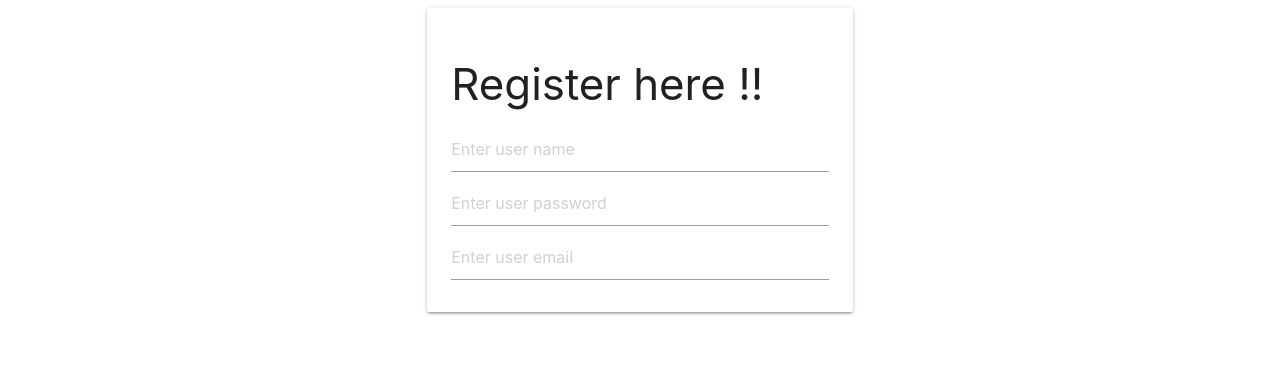
Repository: ShaileshMishr/Javanew
Page: http://localhost/Register/signup.jsp
The author's editor kept a copy of each file at every save. The page is drawn from the files as they stood at one save, then again after the next save.
The browser window is 1280 px wide. The pictures show the whole page.
The page is served by Tomcat 10. Other server files are loaded and not shown.

Above is the page before, as saved 2023-10-11 21:30:45.

### Register/src/main/webapp/signup.jsp
<%@ page language="java" contentType="text/html; charset=ISO-8859-1"
    pageEncoding="ISO-8859-1"%>
<!DOCTYPE html>
<html>
<head>
<meta charset="ISO-8859-1">
<title>Register Page</title>

 <!-- Compiled and minified CSS -->
    <link rel="stylesheet" href="https://cdnjs.cloudflare.com/ajax/libs/materialize/1.0.0/css/materialize.min.css">

    <!-- Compiled and minified JavaScript -->
    <script src="https://cdnjs.cloudflare.com/ajax/libs/materialize/1.0.0/js/materialize.min.js"></script>


</head>
<body>
<div class="container">
<div class="row">
<div class="col m6 offset-m3">
<div class="card">
<div class="card-content">
<h3>Register here !!</h3>
<div class="form">
<!--  creating form -->

<form action="Register" method="post">
<input type="text" name="user_name" placeholder="Enter user name" />
<input type="password" name="user_password" placeholder="Enter user password" />
<input type="email" name="user_email" placeholder="Enter user email" />
</form>

<div class="loader">

</div>

</div>
</div>
</div>
</div>
</div>
</div>



</body>
</html>

After the next save:
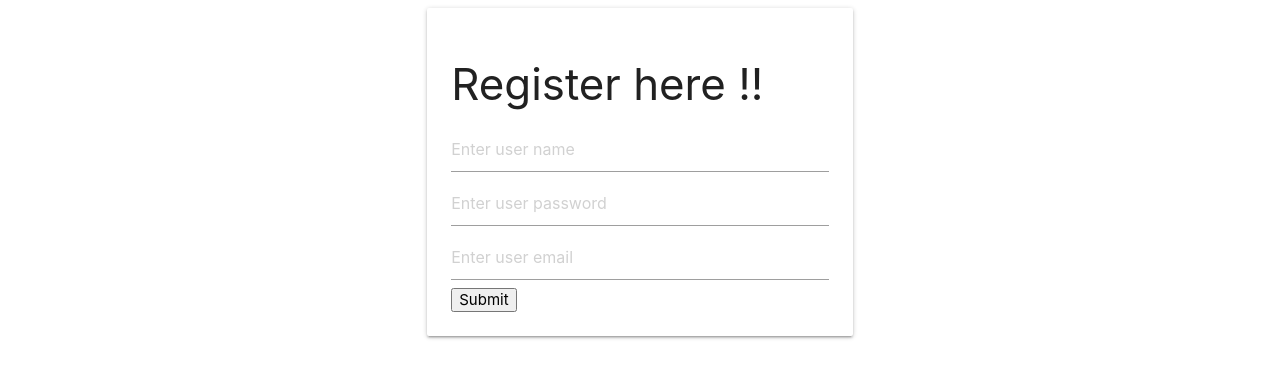
Saved 19 s later.
--- a/Register/src/main/webapp/signup.jsp
+++ b/Register/src/main/webapp/signup.jsp
@@ -28,6 +28,8 @@
 <input type="text" name="user_name" placeholder="Enter user name" />
 <input type="password" name="user_password" placeholder="Enter user password" />
 <input type="email" name="user_email" placeholder="Enter user email" />
+
+<button>Submit</button>
 </form>
 
 <div class="loader">
